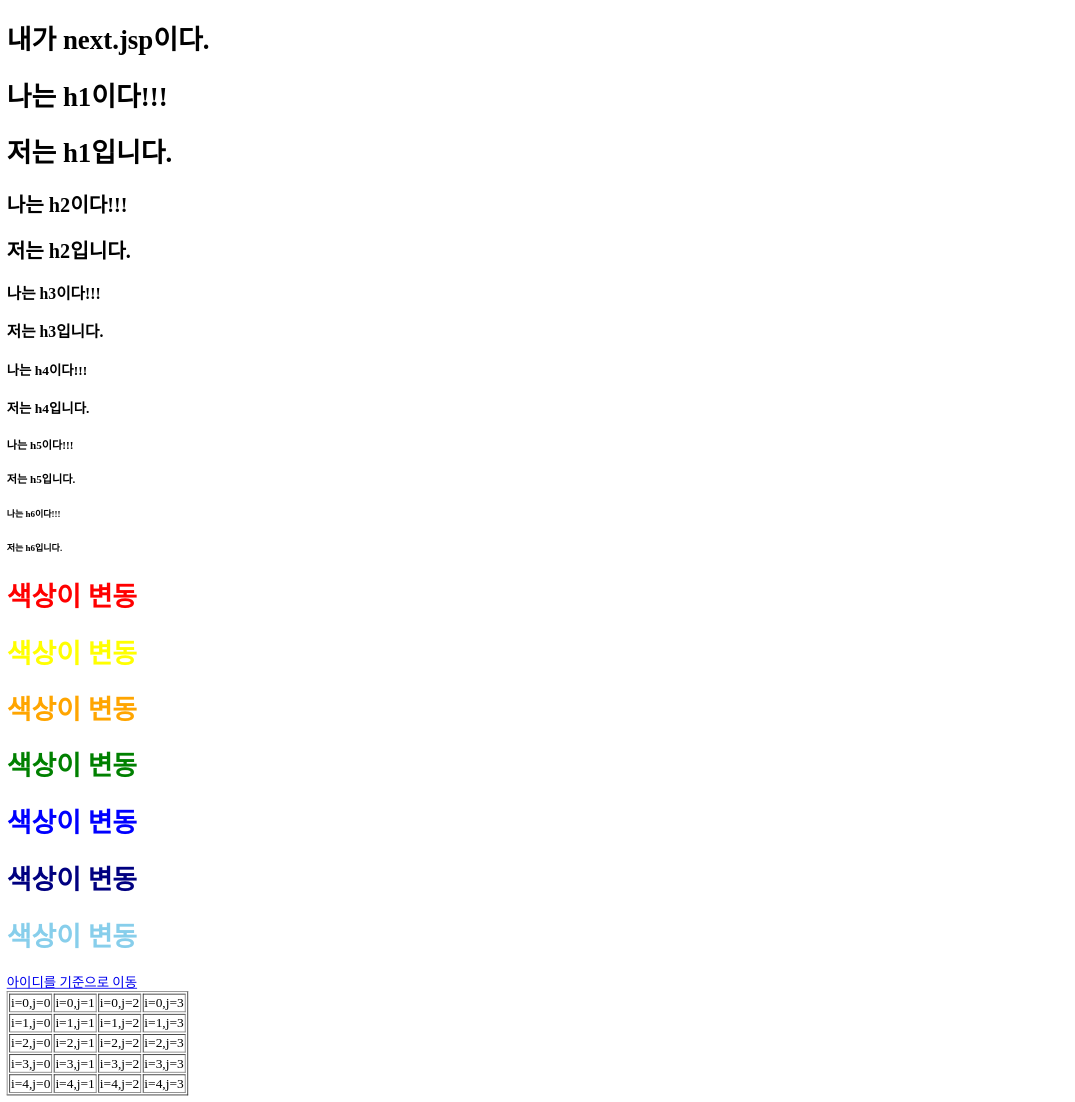
Repository: to-flatwhite1/JSP
Page: http://localhost/JSP07/next.jsp
These files come from the project's save history. The page is drawn as it stood at one moment and after a run of saves; the edit follows.
The browser window is 1280 px wide. The pictures show the whole page, at 84% of full size.
The page is served by Tomcat 9.

Above is the page before, as saved 2024-05-16 04:25:01.

After the next 2 saves:
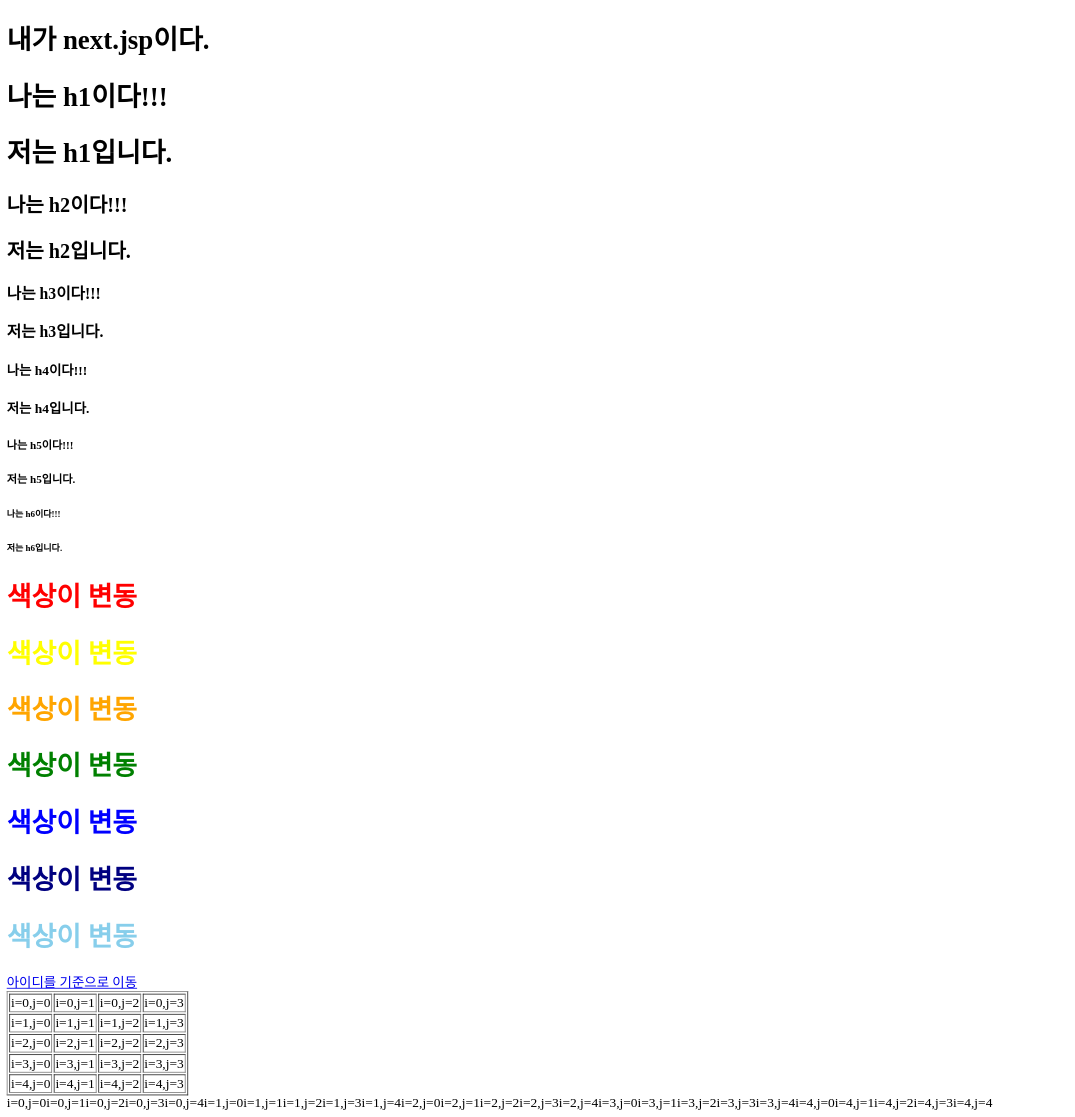
The 2 saves are shown as one change because 1 did not build or start.
The last was saved 3 min 28 s later.
--- a/JSP07/src/main/webapp/next.jsp
+++ b/JSP07/src/main/webapp/next.jsp
@@ -80,9 +80,12 @@
 			</table>
 
 			<%
-				//for(int i=0; i<5; i++){
-					//out.print("<tr>"+"<td>"+"i"+i+",j="+i+"+"</td>"+"</tr>");
-				//}
+				for(int i=0; i<5; i++){
+					for(int j=0; j<5; j++){
+						out.print("<tr><td>i="+i+",j="+j+"</td></tr>");
+					}
+
+				}
 			%>
 
 	</body>
